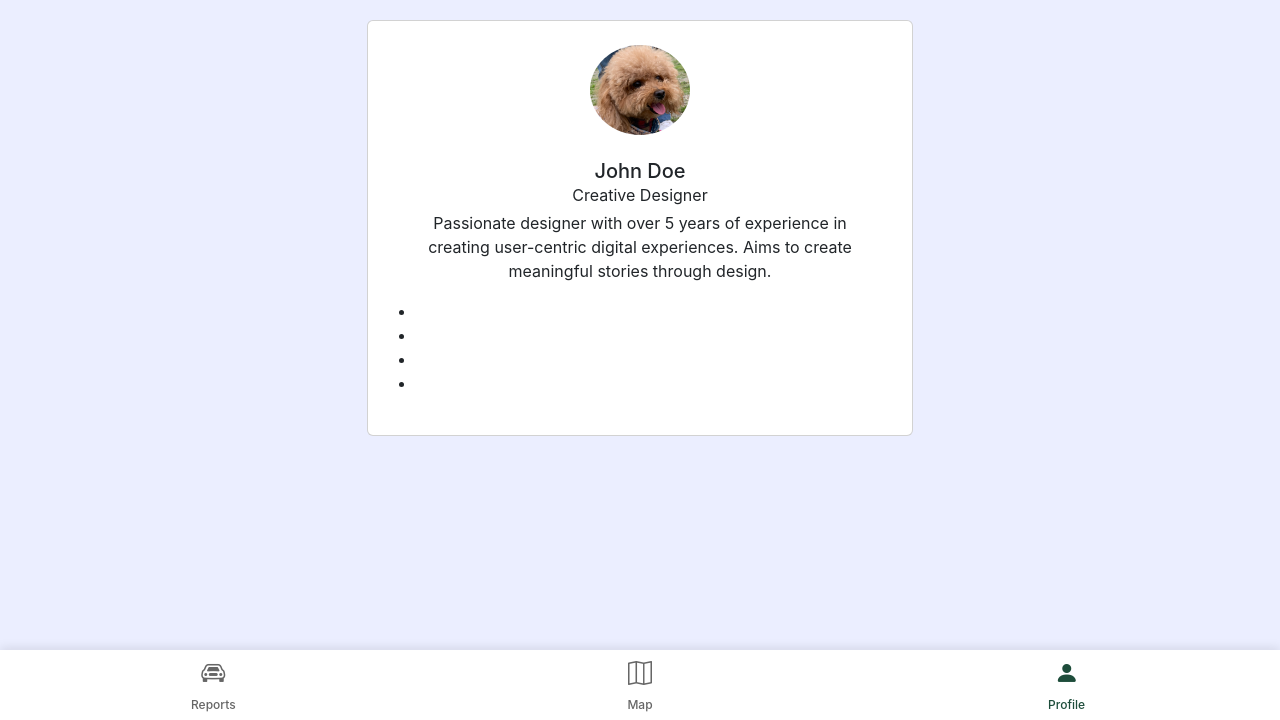
Repository: sukhrajsandhar/1800_202510_BBY8
Page: Profile.html
An editor plug-in stored every save of this project. The page is shown before and after the next save, followed by the edit.
The browser window is 1280 px wide. The pictures show the whole page.

Above is the page before, as saved 2025-03-03 19:28:09.

### Profile.html
<!DOCTYPE html>
<html lang="en">
<head>
    <meta charset="UTF-8">
    <meta name="viewport" content="width=device-width, initial-scale=1.0">
    <title>StreetSmart - User Profile</title>
    <link href="https://cdn.jsdelivr.net/npm/bootstrap@5.3.2/dist/css/bootstrap.min.css" rel="stylesheet">
    <link href="https://fonts.googleapis.com/icon?family=Material+Icons" rel="stylesheet">
    <link rel="stylesheet" href="https://cdn.jsdelivr.net/npm/bootstrap-icons@1.11.1/font/bootstrap-icons.css">
    <link rel="stylesheet" href="/styles/styles3.css">
    <link rel="stylesheet" href="/styles/styles2.css">
</head>
<body>
    <div class="container">
        <div class="row d-flex justify-content-center">
            <div class="col-md-6">
                <div class="card p-3 py-4">
                    <div class="text-center">
                        <img src="/images/elmo.jpg" width="100" class="rounded-circle">
                    </div>
                    <div class="text-center mt-3">
                        <h5 class="mt-2 mb-0">John Doe</h5>
                        <span>Creative Designer</span>
                        <div class="px-4 mt-1">
                            <p class="fonts">Passionate designer with over 5 years of experience in creating user-centric
                                digital experiences. Aims to create meaningful stories through design.</p>
                        </div>
                        <ul class="social-list">
                            <li><a href="#" class="fab fa-facebook-f"></a></li>
                            <li><a href="#" class="fab fa-twitter"></a></li>
                            <li><a href="#" class="fab fa-instagram"></a></li>
                            <li><a href="#" class="fab fa-linkedin-in"></a></li>
                        </ul>
                    </div>
                </div>
            </div>
        </div>
    </div>
    <!-- Nav bar -->
    <nav class="bottom-nav">
        <a href="Reports.html" class="nav-item">
            <i class="bi bi-car-front"></i>
            <span>Reports</span>
        </a>
        <a href="main.html" class="nav-item">
            <i class="bi bi-map"></i>
            <span>Map</span>
        </a>
        <a href="Profile.html" class="nav-item active">
            <i class="bi bi-person-fill"></i>
            <span>Profile</span>
        </a>
    </nav>

    <script src="https://cdn.jsdelivr.net/npm/bootstrap@5.3.2/dist/js/bootstrap.bundle.min.js"></script>
</body>
</html>

### styles/styles3.css
/* Stylesheet*/

body{
    padding-top:20px;
    background-color: rgba(235, 238, 255, 1) !important;
    color: #888ea8;
    }
    .user-profile .widget-content-area {
        border-radius: 6px;
    }
    .widget-content-area {
        border: 1px solid #e0e6ed;
        box-shadow: 0 0 40px 0 rgba(94, 92, 154, 0.06);
    }
    .widget-content-area {
        padding: 20px;
        position: relative;
        background-color: #fff;
        border-bottom-left-radius: 8px;
        border-bottom-right-radius: 8px;
        border: 1px solid #e0e6ed;
        border-top: none;
    }
    .user-profile .widget-content-area .user-info {
        margin-top: 40px;
    }
    .user-profile .widget-content-area .user-info p {
        font-size: 20px;
        font-weight: 600;
        margin-top: 22px;
        color: #009688;
    }
    .user-profile .widget-content-area .edit-profile {
        height: 35px;
        width: 35px;
        display: flex;
        justify-content: center;
        align-self: center;
        background-color: #4361ee;
        background: linear-gradient(to right, #3cba92 0%, #0ba360 100%);
        border-radius: 50%;
        box-shadow: 0 6px 10px 0 rgba(0, 0, 0, 0.14), 0 1px 18px 0 rgba(0, 0, 0, 0.12), 0 3px 5px -1px rgba(0, 0, 0, 0.2);
    }

    .user-profile .widget-content-area .edit-profile svg {
        font-size: 17px;
        vertical-align: middle;
        margin-right: 0;
        color: #e0e6ed;
        width: 19px;
        align-self: center;
    }

    .btn svg {
        pointer-events: none;
        height: 22px;
        width: 22px;
        vertical-align: middle;
    }
    .btn.btn-icon.btn-rounded {
        -webkit-border-radius: 50%;
        -moz-border-radius: 50%;
        -ms-border-radius: 50%;
        -o-border-radius: 50%;
        border-radius: 50%;
    }
    .btn.btn-icon {
        padding: 7.5px 9px;
    }
    .user-profile .widget-content-area .user-info img {
        border-radius: 9px;
        box-shadow: 0 6px 10px 0 rgba(0, 0, 0, 0.14), 0 1px 18px 0 rgba(0, 0, 0, 0.12), 0 3px 5px -1px rgba(0, 0, 0, 0.2);
    }
    .user-profile .widget-content-area .user-info-list > div {
        display: flex;
        justify-content: center;
        flex-direction: column;
        align-items: center;
    }
    .user-profile .widget-content-area .user-info-list ul.contacts-block {
        border: none;
        max-width: 217px;
        margin: 30px 0 0 0;
    }

    .user-profile .widget-content-area .user-info-list ul.contacts-block li {
        margin-bottom: 13px;
        font-weight: 600;
        font-size: 13px;
    }

    .user-profile .widget-content-area .user-info-list ul.contacts-block li a:not(.btn) {
        font-weight: 600;
        font-size: 15px;
        color: #009688;
    }

### styles/styles2.css
:root {
  --primary-color: #1e4d3b;
  --secondary-color: #2a6b52;
  --accent-color: #34836b;
  --light-color: #ffffff;
  --dark-color: #213547;
  --shadow-sm: 0 4px 6px rgba(0, 0, 0, 0.1);
  --shadow-md: 0 10px 30px rgba(0, 0, 0, 0.1);
  --gradient: linear-gradient(135deg, var(--primary-color), var(--secondary-color));
  --road-color: #ff7043;
  --lighting-color: #ffca28;
  --trash-color: #7e57c2;
  --graffiti-color: #42a5f5;
  --water-color: #26c6da;
  --other-color: #78909c;
}

* {
  margin: 0;
  padding: 0;
  box-sizing: border-box;
}

h1 {
  text-align: center;
  margin: 20px 0;
}

.scrollable-container {
  position: absolute;
  top: 20;
  left: 0;
  width: 100%;
  height: 80%;
  overflow-y: auto;
  box-shadow: 0 -2px 10px rgba(0, 0, 0, 0.1);
}

body {
  font-family: 'Inter', system-ui, -apple-system, BlinkMacSystemFont, 'Segoe UI', Roboto, Oxygen, Ubuntu, Cantarell, 'Open Sans', 'Helvetica Neue', sans-serif;
  height: 100vh;
  overflow: hidden;
  position: relative;
  color: var(--dark-color);
}

#map { position: absolute; top: 0; bottom: 0%; width: 100%; }


.search-container {
  position: absolute;
  top: 20px;
  left: 50%;
  transform: translateX(-50%);
  width: 90%;
  max-width: 500px;
  display: flex;
  align-items: center;
  z-index: 10;
}

.search-bar {
  flex: 1;
  background-color: white;
  border-radius: 24px;
  padding: 8px 16px;
  display: flex;
  align-items: center;
  box-shadow: var(--shadow-md);
}

.search-bar i {
  color: #666;
  margin-right: 8px;
}

.search-bar input {
  flex: 1;
  border: none;
  outline: none;
  font-size: 16px;
  padding: 4px 0;
}

.report-btn {
  width: 48px;
  height: 48px;
  border-radius: 50%;
  background: var(--gradient);
  color: white;
  border: none;
  margin-left: 12px;
  box-shadow: var(--shadow-md);
  display: flex;
  align-items: center;
  justify-content: center;
  cursor: pointer;
  transition: transform 0.2s;
}

.report-btn:hover {
  transform: scale(1.05);
}

.report-btn.disabled {
  opacity: 0.7;
  cursor: default;
}

.report-btn.disabled:hover {
  transform: none;
}

.report-btn i {
  font-size: 24px;
}

/* Current Location */
.current-location {
  position: absolute;
  bottom: 120px;
  right: 20px;
  z-index: 5;
}

.pulse {
  position: absolute;
  width: 40px;
  height: 40px;
  border-radius: 50%;
  background-color: rgba(33, 150, 243, 0.2);
  animation: pulse 2s infinite;
}

@keyframes pulse {
  0% {
      transform: scale(0.8);
      opacity: 0.8;
  }
  70% {
      transform: scale(2);
      opacity: 0;
  }
  100% {
      transform: scale(0.8);
      opacity: 0;
  }
}

.dot {
  position: absolute;
  top: 50%;
  left: 50%;
  transform: translate(-50%, -50%);
  width: 16px;
  height: 16px;
  border-radius: 50%;
  background-color: #2196f3;
  border: 3px solid white;
  box-shadow: var(--shadow-sm);
}

.layers-btn {
  position: absolute;
  bottom: 120px;
  left: 20px;
  width: 48px;
  height: 48px;
  border-radius: 50%;
  background-color: white;
  border: none;
  box-shadow: var(--shadow-md);
  display: flex;
  align-items: center;
  justify-content: center;
  cursor: pointer;
  z-index: 5;
}

.layers-btn i {
  color: var(--dark-color);
}

.bottom-nav {
  position: fixed;
  bottom: 0;
  left: 0;
  width: 100%;
  height: 70px;
  background-color: white;
  display: flex;
  justify-content: space-around;
  align-items: center;
  box-shadow: 0 -2px 10px rgba(0, 0, 0, 0.1);
  z-index: 10;
}

.nav-item {
  display: flex;
  flex-direction: column;
  align-items: center;
  color: #666;
  text-decoration: none;
  padding: 8px 0;
  transition: color 0.2s, transform 0.2s;
  width: 33.33%;
  justify-content: center;
}

.nav-item:hover {
  transform: translateY(-2px);
}

.nav-item.active {
  color: var(--primary-color);
}

.nav-item i {
  font-size: 24px;
  margin-bottom: 4px;
}

.nav-item span {
  font-size: 12px;
  font-weight: 500;
}

@media (max-width: 768px) {
  .search-container {
      width: 90%;
  }
}

@media (max-width: 480px) {
  .search-container {
      width: 95%;
  }

  .nav-item i {
      font-size: 22px;
  }

  .nav-item span {
      font-size: 11px;
  }
}

After the next save:
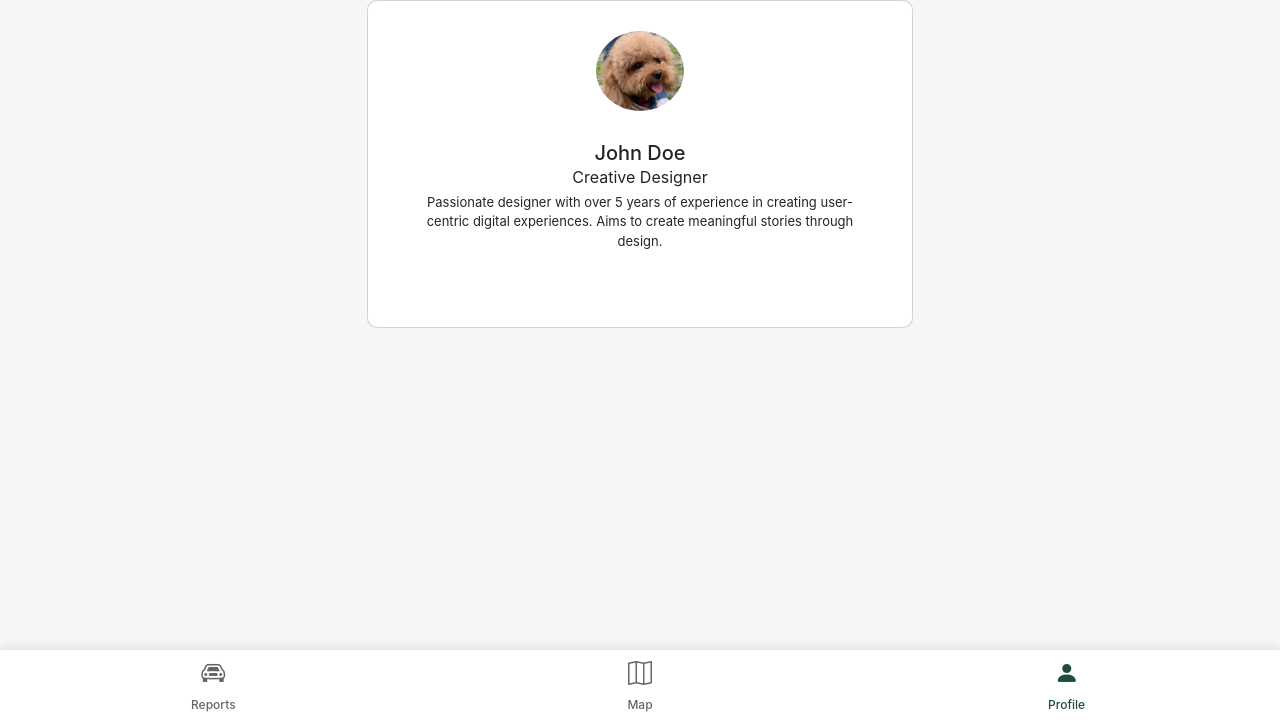
Saved 5 s later.
--- a/styles/styles3.css
+++ b/styles/styles3.css
@@ -1,96 +1,31 @@
-/* Stylesheet*/
+/* Stylesheet for Profile.html */
 
-body{
-    padding-top:20px;
-    background-color: rgba(235, 238, 255, 1) !important;
-    color: #888ea8;
-    }
-    .user-profile .widget-content-area {
-        border-radius: 6px;
-    }
-    .widget-content-area {
-        border: 1px solid #e0e6ed;
-        box-shadow: 0 0 40px 0 rgba(94, 92, 154, 0.06);
-    }
-    .widget-content-area {
-        padding: 20px;
-        position: relative;
-        background-color: #fff;
-        border-bottom-left-radius: 8px;
-        border-bottom-right-radius: 8px;
-        border: 1px solid #e0e6ed;
-        border-top: none;
-    }
-    .user-profile .widget-content-area .user-info {
-        margin-top: 40px;
-    }
-    .user-profile .widget-content-area .user-info p {
-        font-size: 20px;
-        font-weight: 600;
-        margin-top: 22px;
-        color: #009688;
-    }
-    .user-profile .widget-content-area .edit-profile {
-        height: 35px;
-        width: 35px;
-        display: flex;
-        justify-content: center;
-        align-self: center;
-        background-color: #4361ee;
-        background: linear-gradient(to right, #3cba92 0%, #0ba360 100%);
-        border-radius: 50%;
-        box-shadow: 0 6px 10px 0 rgba(0, 0, 0, 0.14), 0 1px 18px 0 rgba(0, 0, 0, 0.12), 0 3px 5px -1px rgba(0, 0, 0, 0.2);
-    }
+body {
+    background-color: #f4f7f6;
+}
 
-    .user-profile .widget-content-area .edit-profile svg {
-        font-size: 17px;
-        vertical-align: middle;
-        margin-right: 0;
-        color: #e0e6ed;
-        width: 19px;
-        align-self: center;
-    }
+.card {
+    border-radius: 10px;
+}
 
-    .btn svg {
-        pointer-events: none;
-        height: 22px;
-        width: 22px;
-        vertical-align: middle;
-    }
-    .btn.btn-icon.btn-rounded {
-        -webkit-border-radius: 50%;
-        -moz-border-radius: 50%;
-        -ms-border-radius: 50%;
-        -o-border-radius: 50%;
-        border-radius: 50%;
-    }
-    .btn.btn-icon {
-        padding: 7.5px 9px;
-    }
-    .user-profile .widget-content-area .user-info img {
-        border-radius: 9px;
-        box-shadow: 0 6px 10px 0 rgba(0, 0, 0, 0.14), 0 1px 18px 0 rgba(0, 0, 0, 0.12), 0 3px 5px -1px rgba(0, 0, 0, 0.2);
-    }
-    .user-profile .widget-content-area .user-info-list > div {
-        display: flex;
-        justify-content: center;
-        flex-direction: column;
-        align-items: center;
-    }
-    .user-profile .widget-content-area .user-info-list ul.contacts-block {
-        border: none;
-        max-width: 217px;
-        margin: 30px 0 0 0;
-    }
+.rounded-circle {
+    border: 6px solid #fff;
+}
 
-    .user-profile .widget-content-area .user-info-list ul.contacts-block li {
-        margin-bottom: 13px;
-        font-weight: 600;
-        font-size: 13px;
-    }
+.fonts {
+    font-size: 13px;
+}
 
-    .user-profile .widget-content-area .user-info-list ul.contacts-block li a:not(.btn) {
-        font-weight: 600;
-        font-size: 15px;
-        color: #009688;
-    }
+.social-list {
+    padding: 0;
+    list-style-type: none;
+    display: flex;
+    justify-content: center;
+}
+
+.social-list li {
+    padding: 10px;
+    color: #717171;
+    cursor: pointer;
+    font-size: 19px;
+}
